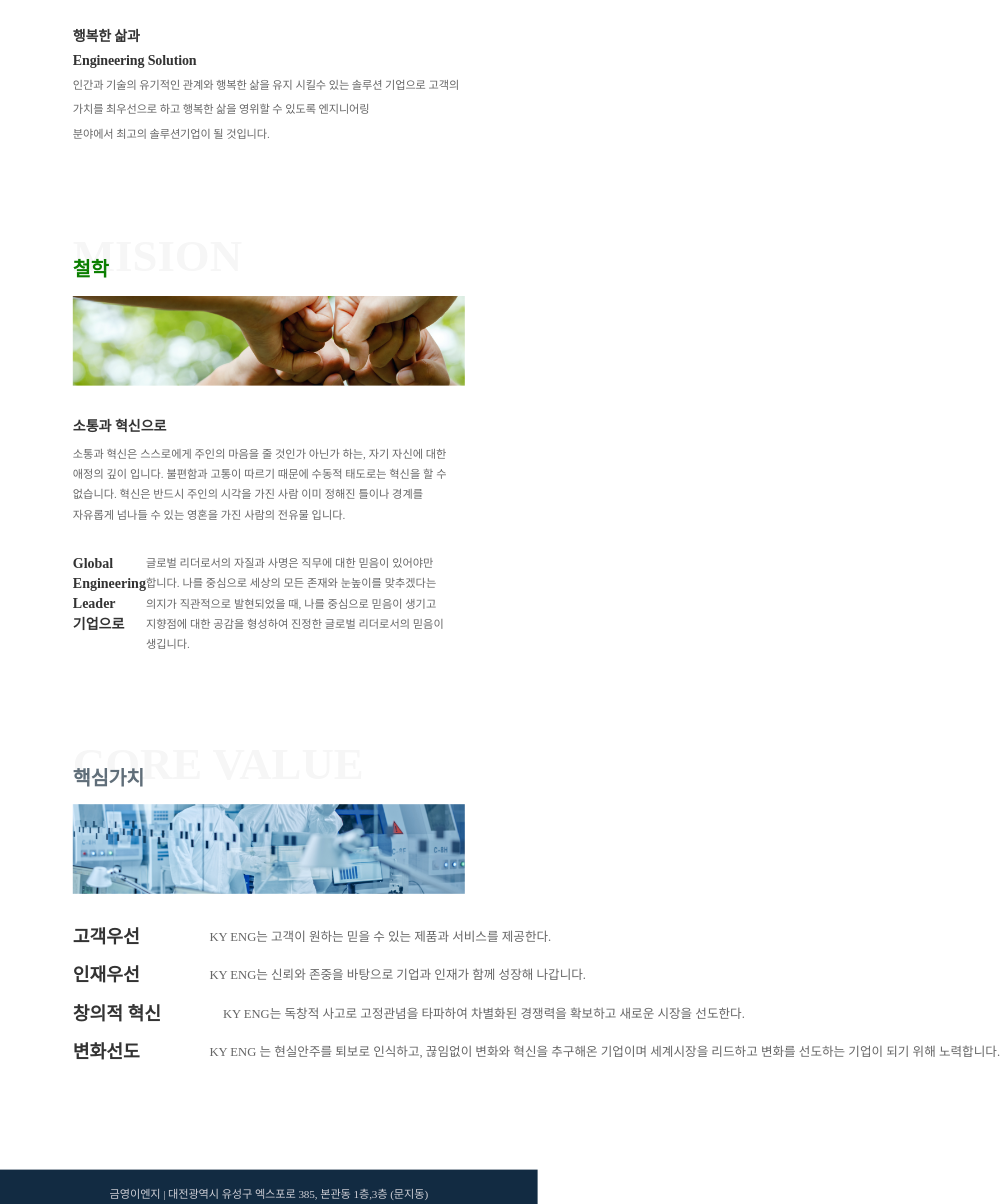
Repository: wogml3270/kumyoungENG
Page: sub/about/about_company.html
The author's editor kept a copy of each file at every save. The page is drawn from the files as they stood at one save, then again after the next save.
The browser window is 768 px wide. The page is 1429 px wide, so the pictures cover 1429 px, including what lies to the right of the window. The pictures show the part of the page from y = 1057 to 2777 px (the page is 2978 px tall), at 70% of full size.
Some web fonts or font styles are not loaded; a fallback is used.

Above is the page before, as saved 2022-07-25 12:57:09.

After the next save:
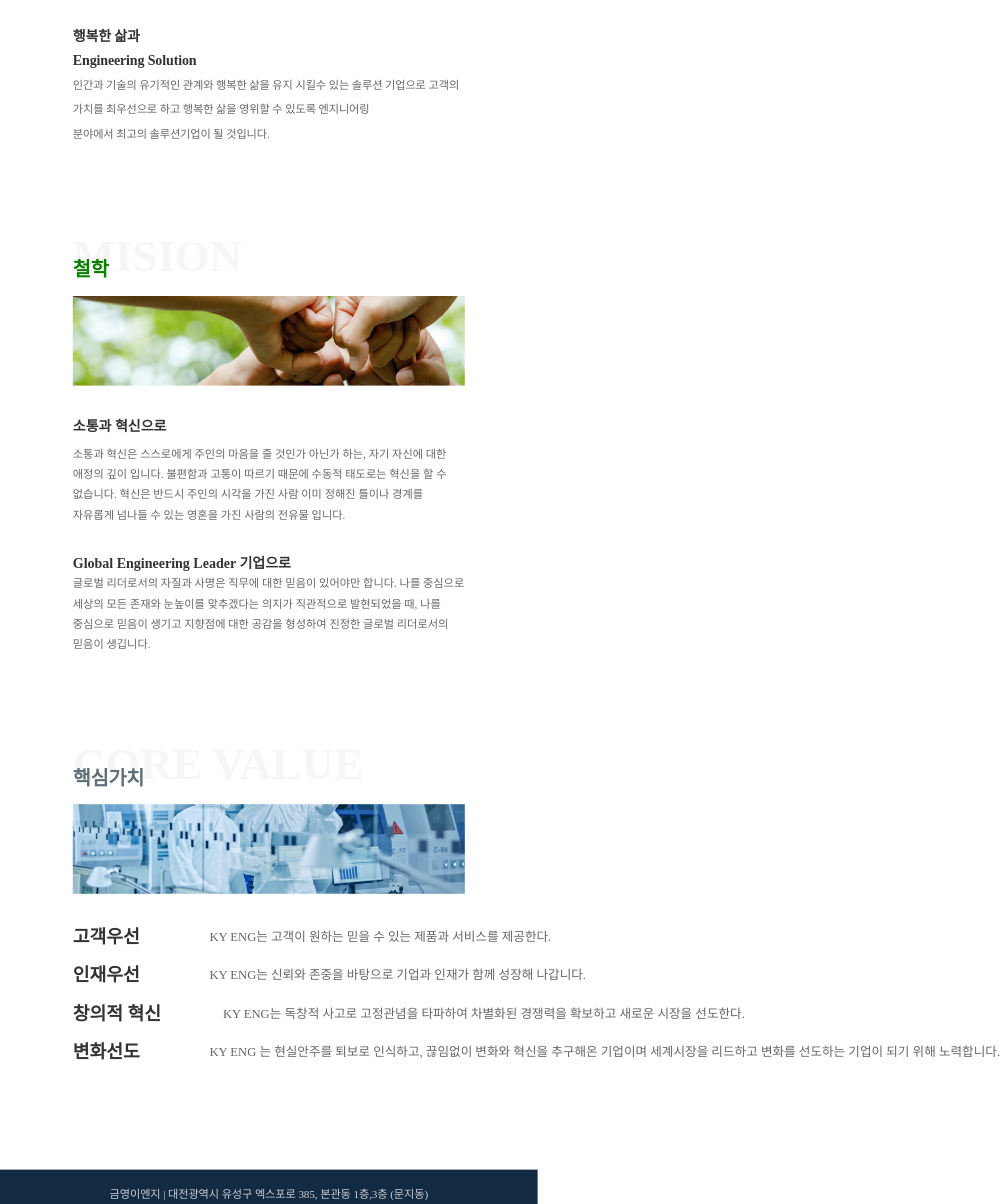
Saved 26 s later.
--- a/sub/css/about_company.css
+++ b/sub/css/about_company.css
@@ -194,8 +194,7 @@
   }
 
   .secondtx > div:nth-child(2){
-    display: flex;
-    flex-flow: row nowrap;
+    display: block;
   }
 
   .secondtx > div > p > br {
